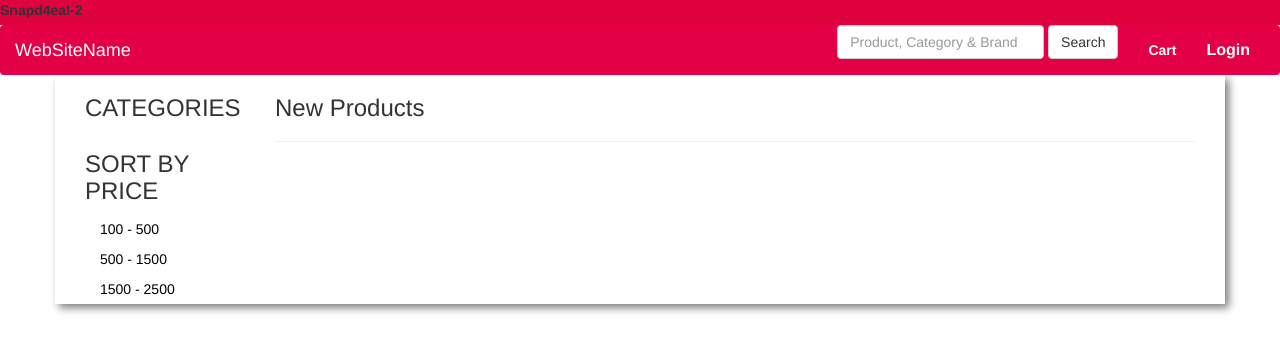
Repository: Aryans26/project
Page: http://localhost/frontend/WEB-INF/views/index.jsp
The author's editor kept a copy of each file at every save. The page is drawn from the files as they stood at one save, then again after the next save.
The browser window is 1280 px wide. The pictures show the whole page.
Some web libraries are served in a nearby version. The page is served by Tomcat 9. Nobody is signed in. The template is opened directly, without the code that normally fills it, so the values that code supplies are empty.

Above is the page before, as saved 2017-06-20 11:00:21.

After the next save:
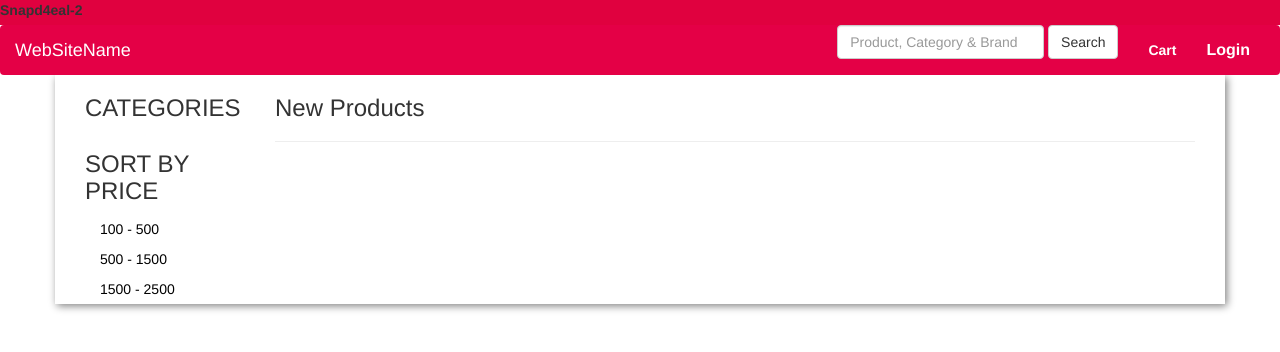
Saved 17 s later.
--- a/frontend/src/main/webapp/resource/css/style.css
+++ b/frontend/src/main/webapp/resource/css/style.css
@@ -123,5 +123,5 @@
 }
 
 .box-shadow{
-	box-shadow:4px 4px 8px grey;
+	box-shadow:2px 2px 8px grey;
 }
